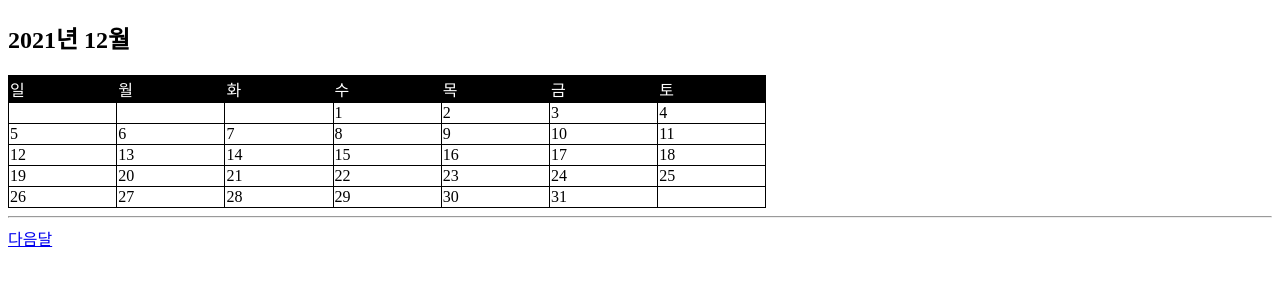
Repository: MegiLove/jspStudy
Page: http://localhost/day1210/calendarTest.jsp
The author's editor kept a copy of each file at every save. The page is drawn from the files as they stood at one save, then again after the next save.
The browser window is 1280 px wide. The pictures show the whole page.
The page is served by Tomcat 9.

Above is the page before, as saved 2021-12-10 07:49:55.

After the next save:
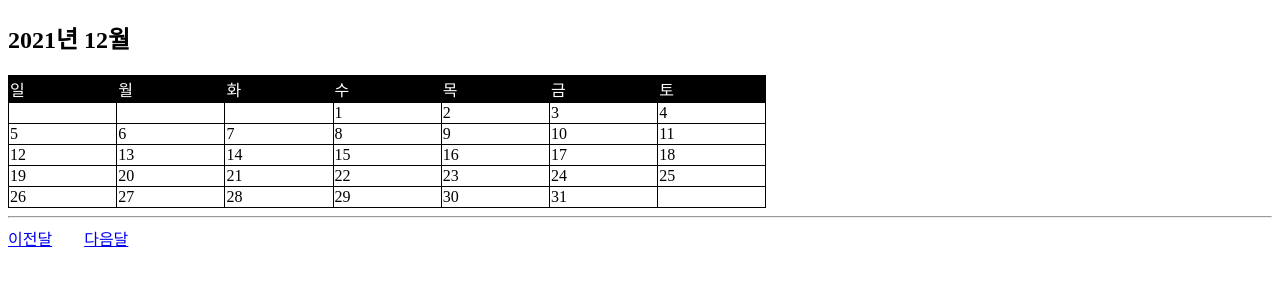
Saved 4909 days later.
--- a/day1210/src/main/webapp/calendarTest.jsp
+++ b/day1210/src/main/webapp/calendarTest.jsp
@@ -27,8 +27,22 @@
 		int []lastDate={31,28,31,30,31,30,31,31,30,31,30,31};
 		String []days= {"일","월","화","수","목","금","토"};
 		Date today= new Date();
+
 		int year= today.getYear();
 		int month= today.getMonth();
+		if(request.getParameter("month")!=null){
+			year= Integer.parseInt(request.getParameter("year"));
+			month= Integer.parseInt(request.getParameter("month"));
+
+		}
+		if(month==12){
+			year++;
+			month=0;
+		}
+		if(month==-1){
+			year--;
+			month=11;
+		}
 		Date startDate = new Date(year,month,1);
 		int startDay = startDate.getDay();
 	%>
@@ -70,6 +84,8 @@
 	</tr>
 	</table>
 	<hr>
+	<a href="calendarTest.jsp?year=<%=year%>&month=<%=month-1%>">이전달</a>
+	&nbsp;&nbsp;&nbsp;&nbsp;&nbsp;&nbsp;
 	<a href="calendarTest.jsp?year=<%=year%>&month=<%=month+1%>">다음달</a>
 
 </body>
